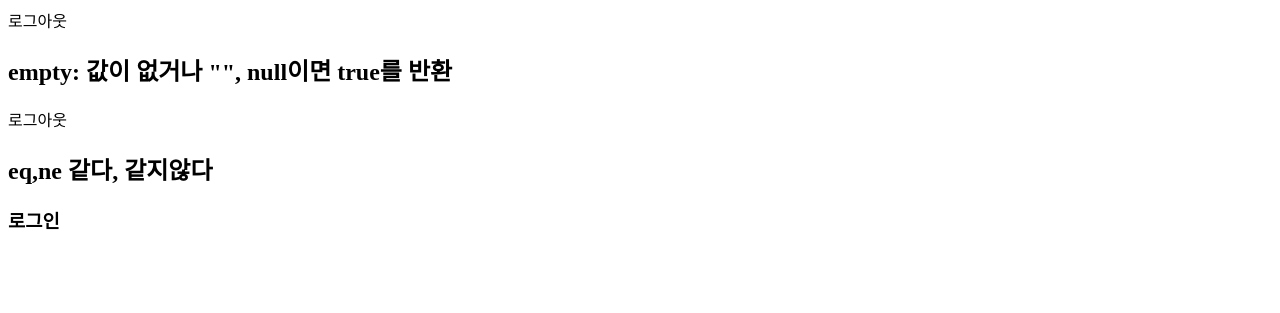
Repository: nobley3/EclipseIDE
Page: http://localhost/ELprj0908/jstl4
An editor plug-in stored every save of this project. The page is shown before and after the next save, followed by the edit.
The browser window is 1280 px wide. The pictures show the whole page.
The page is served by Tomcat 9.

Above is the page before, as saved 2023-09-08 03:12:44.

After the next save:
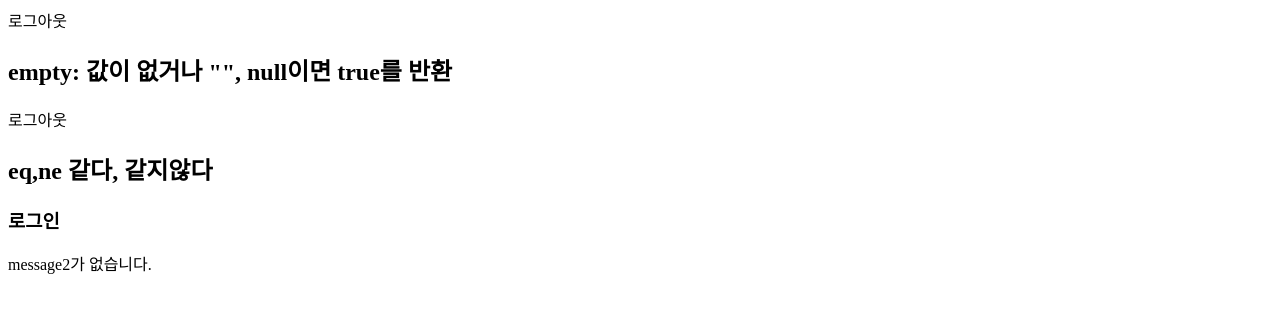
Saved 58 s later.
--- a/ELprj0908/src/main/webapp/WEB-INF/views/jstl4.jsp
+++ b/ELprj0908/src/main/webapp/WEB-INF/views/jstl4.jsp
@@ -30,9 +30,14 @@
 	<c:if test="${message eq '비로그인'}">
 		<h3>로그인</h3>
 	</c:if>
+
 	<c:if test="${message ne '비로그인'}">
 		<h3>로그아웃</h3>
 	</c:if>
 
+	<c:if test="${empty message2}">
+	message2가 없습니다.
+	</c:if>
+
 </body>
 </html>
